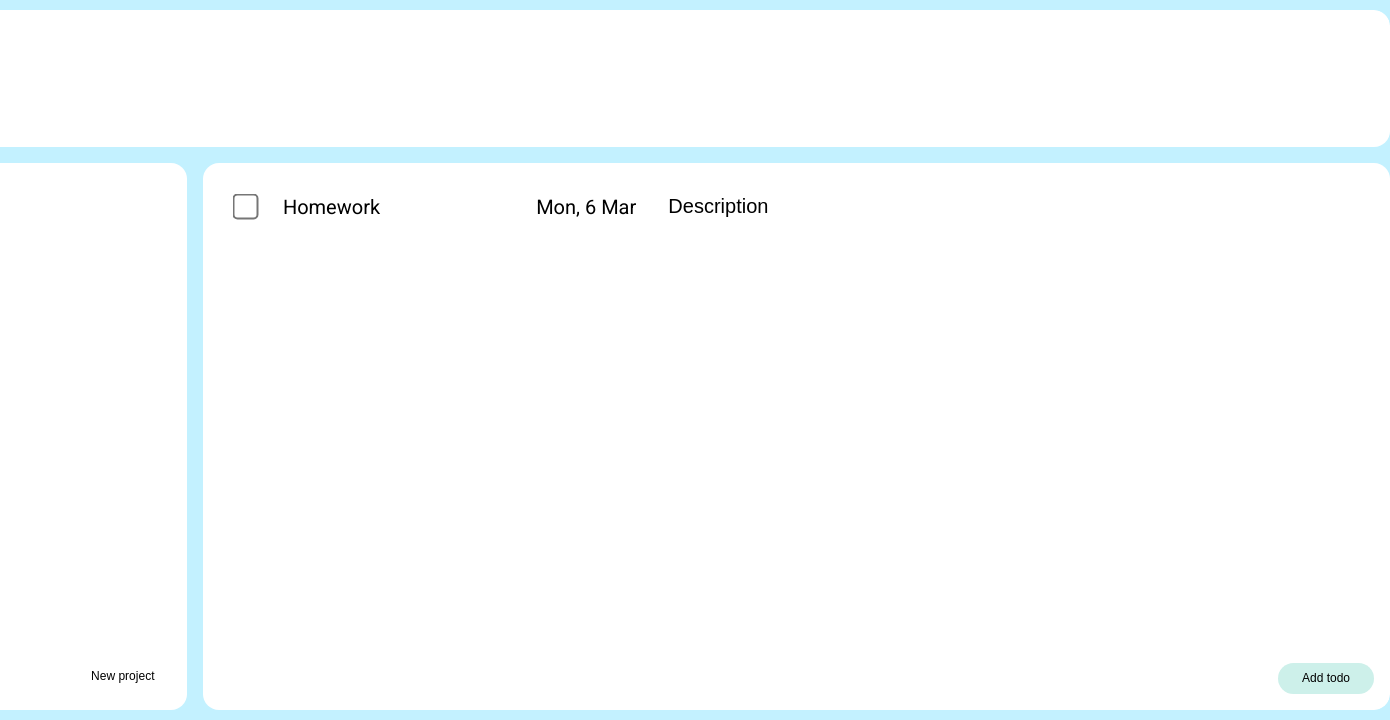
Repository: yeetzpxoci/todo-list
Page: dist/index.html
The author's editor kept a copy of each file at every save. The page is drawn from the files as they stood at one save, then again after the next save.
The browser window is 1280 px wide. The page is 1390 px wide, so the pictures cover 1390 px, including what lies to the right of the window. The pictures show the whole page.
Some web fonts or font styles are not loaded; a fallback is used.

Above is the page before, as saved 2023-03-07 17:30:17.
Console error: ReferenceError: projectNameSubmit is not defined

### dist/index.html
<!DOCTYPE html>
<html lang="en">
<head>
    <meta charset="UTF-8">
    <meta http-equiv="X-UA-Compatible" content="IE=edge">
    <meta name="viewport" content="width=device-width, initial-scale=1.0">
    <title>Todo List</title>
    <link rel="stylesheet" href="styles.css">
    <link rel="preconnect" href="https://fonts.googleapis.com">
    <link rel="preconnect" href="https://fonts.gstatic.com" crossorigin>
    <link href="https://fonts.googleapis.com/css2?family=Tilt+Warp&display=swap" rel="stylesheet">
    <link href="https://fonts.googleapis.com/css2?family=Roboto&family=Tilt+Warp&display=swap" rel="stylesheet">
</head>
<body>

<script src="main.js"></script>
</body>
</html>

### dist/styles.css
body, html {
    margin:0;
    padding: 0;
}

body {
    min-height: 100vh;
    display: flex;
    flex-direction: column;
    justify-content: center;
    align-items: center;
    font-family: 'Roboto';
    background-color: #c3f1ff;
}

p {
    margin: 0;
    padding: 0;
}

#content {
    width: 1500px;
    height: 700px;
    display: grid;
    grid-template-columns: 1fr 4fr;
    grid-template-rows: 1fr 4fr;
    background-color: #c3f1ff;
    z-index: 0;
    overflow: hidden;
    border-radius: 16px;
    gap: 16px;
}

#header {
    display: flex;
    justify-content: center;
    align-items: center;
    background-color: white;
    font-size: 64px;
    font-family: 'Tilt Warp', cursive;
    grid-column: 1 / 3;
    grid-row: 1 / 2;
    z-index: 1;
    border-radius: 16px;
}

#header p {
    margin: 24px;
    padding: 0;
    color: white;
}

#sidebar {
    display: flex;
    flex-direction: column;
    background-color: white;
    grid-column: 1 / 2;
    grid-row: 2 / 3;
    z-index: -1;
    padding-left: 24px;
    padding-top: 24px;
    border-radius: 16px;
}

#projects-div {
    display: flex;
    flex-direction: column;
    width: 100%;
}

#add-project {
    align-self: flex-end;
    border-radius: 16px;
    border-width: 0;
    height: 36px;
    width: 96px;
    font-size: 12px;
    margin-top: auto;
    margin-right: 16px;
    margin-bottom: 16px;
    background-color: white;
    cursor: pointer;
}

#add-todo {
    align-self: flex-end;
    border-radius: 16px;
    border-width: 0;
    height: 36px;
    width: 96px;
    font-size: 12px;
    margin-top: auto;
    margin-bottom: 16px;
    margin-right: 16px;
    background-color: #CDF0EA;
    cursor: pointer;
}

.project-name {
    font-size: 32px;
    font-weight: bold;
    cursor: pointer;
}

#todos-wrapper {
    display: flex;
    flex-direction: column;
    gap: 16px;
    background-color: white;
    border-radius: 16px;
}

#todos {
    height: 100%;
    display: grid;
    grid-template-columns: 1fr 1fr;
    grid-auto-rows: 20%;
    column-gap: 16px;
    padding-left: 16px;
    padding-right: 16px;
    margin-top: 16px;
    overflow: scroll;
}

.todo, .todo-high, .todo-medium, .todo-low {
    display: flex;
    justify-content: space-between;
    align-items: center;
    height: 60%;
    border-radius: 16px;
    padding-left: 16px;
    padding-right: 16px;
    font-size: 20px;
}

.todo-high {
    background-color: #FFCBCB;
}

.todo-medium {
    background-color: #FFFDDE;
}

.todo-low {
    background-color: #E7FBBE;
}

.due {
    padding-left: 128px;
}

.checkbox {
    transform: scale(2);
}

.description {
    background-color: #caf1ff;
    border-radius: 16px;
    border-width: 0px;
    font-size: 20px;
    padding: 4px;
    cursor: pointer;
    background-color: transparent;
}

#description-div {
    display: none;
    flex-direction: column;
    flex-wrap: wrap;
    background-color: #F9F9F9;
    width: 25%;
    height: 40%;
    border-radius: 16px;
    padding: 16px;
    position: absolute;
    margin-left: auto;
    margin-right: auto;
    left: 0;
    right: 0;
    z-index: 2;
    box-shadow: 0 0 0 1600px rgba(0, 0, 0, 0.65);
}

#description-text {
    justify-content: baseline;
}

#close-button {
    margin-top: -8px;
    margin-right: -8px;
    font-weight: bold;
    width: 24px;
    height: 24px;
    align-self: flex-end;
    background-color: transparent;
    border: transparent;
    cursor: pointer;
}

#new-project-form {
    display: none;
    flex-direction: column;
    align-items: center;
    gap: 8px;
    flex-wrap: wrap;
    background-color: #F9F9F9;
    width: 20%;
    height: 10%;
    border-radius: 16px;
    padding: 16px;
    position: absolute;
    margin-left: auto;
    margin-right: auto;
    left: 0;
    right: 0;
    top: 256px;
    z-index: 2;
    box-shadow: 0 0 0 1600px rgba(0, 0, 0, 0.65);
}

#new-todo-form {
    display: none;
    flex-direction: column;
    align-items: center;
    gap: 8px;
    flex-wrap: wrap;
    background-color: #F9F9F9;
    width: 20%;
    height: 20%;
    border-radius: 16px;
    padding: 16px;
    position: absolute;
    margin-left: auto;
    margin-right: auto;
    left: 0;
    right: 0;
    top: 256px;
    z-index: 2;
    box-shadow: 0 0 0 1600px rgba(0, 0, 0, 0.65);
}

### dist/main.js
(()=>{"use strict";let e=[];function t(e){return{name:e,todos:[]}}let n=t("Default");function o(){for(let e=0;e<projects.length;e++){const t=document.createElement("p");t.className="project-name",t.innerHTML=projects[e].name,sidebarDiv.append(t)}}function c(){sidebarDiv.innerHTML=""}n.todos.push({title:"Homework",description:"Networks and Security bTCP Homework",dueDate:"Mon, 6 Mar",priority:"High"}),e.push(n),function(e){const t=document.createElement("div");t.id="content";const n=document.createElement("div");n.id="header";const d=document.createElement("p");d.innerHTML="Todo",n.append(d);const i=document.createElement("div");i.id="sidebar";const a=document.createElement("button");a.id="add-project",a.innerHTML="New project",a.addEventListener("click",(function(){document.getElementById("new-project-form").style.display="flex"})),i.append(a);const s=document.createElement("div");s.id="todos-wrapper";const r=document.createElement("div");r.id="todos";const m=document.createElement("button");m.id="add-todo",m.innerHTML="Add todo",s.append(r,m);const l=document.createElement("button");l.id="close-button",l.innerHTML="X",l.addEventListener("click",(function(){this.parentElement.style.display="none"}));for(let t=0;t<e[0].todos.length;t++){const n=document.createElement("div");n.className="todo";const o=document.createElement("input");o.className="checkbox",o.type="checkbox";const c=document.createElement("p");c.innerHTML=e[0].todos[t].title,c.className="todo-name";const d=document.createElement("p");d.innerHTML=e[0].todos[t].dueDate,d.className="due";const i=document.createElement("p");i.id="description-text",i.innerHTML=e[0].todos[t].description;const a=l.cloneNode(!0);a.addEventListener("click",(function(){this.parentElement.style.display="none"}));const s=document.createElement("div");s.id="description-div",s.append(a,i);const m=document.createElement("button");m.innerHTML="Description",m.className="description",m.addEventListener("click",(function(){this.previousElementSibling.style.display="flex"})),n.append(o,c,d,s,m),r.append(n)}const p=document.createElement("form");p.id="new-project-form",p.onsubmit=function(e){e.preventDefault()};const u=document.createElement("input");u.id="project-name-input",u.type="text",u.placeholder="Project name";const E=document.createElement("input");E.type="submit",E.value="Add project",E.addEventListener("click",(function(){c(),o(),this.parentElement.style.display="none"})),p.append(l,u,E),t.append(n,i,s,p),document.body.appendChild(t)}(e),projectNameSubmit.addEventListener("click",(function(){!function(n){let o=t(document.getElementById("project-name-input").value);e.push(o)}(),sidebarDiv.innerHTML="",function(){for(let t=0;t<e.length;t++){const n=document.createElement("p");n.className="project-name",n.innerHTML=e[t].name,sidebarDiv.append(n)}}(),this.parentElement.style.display="none"}))})();

After the next save:
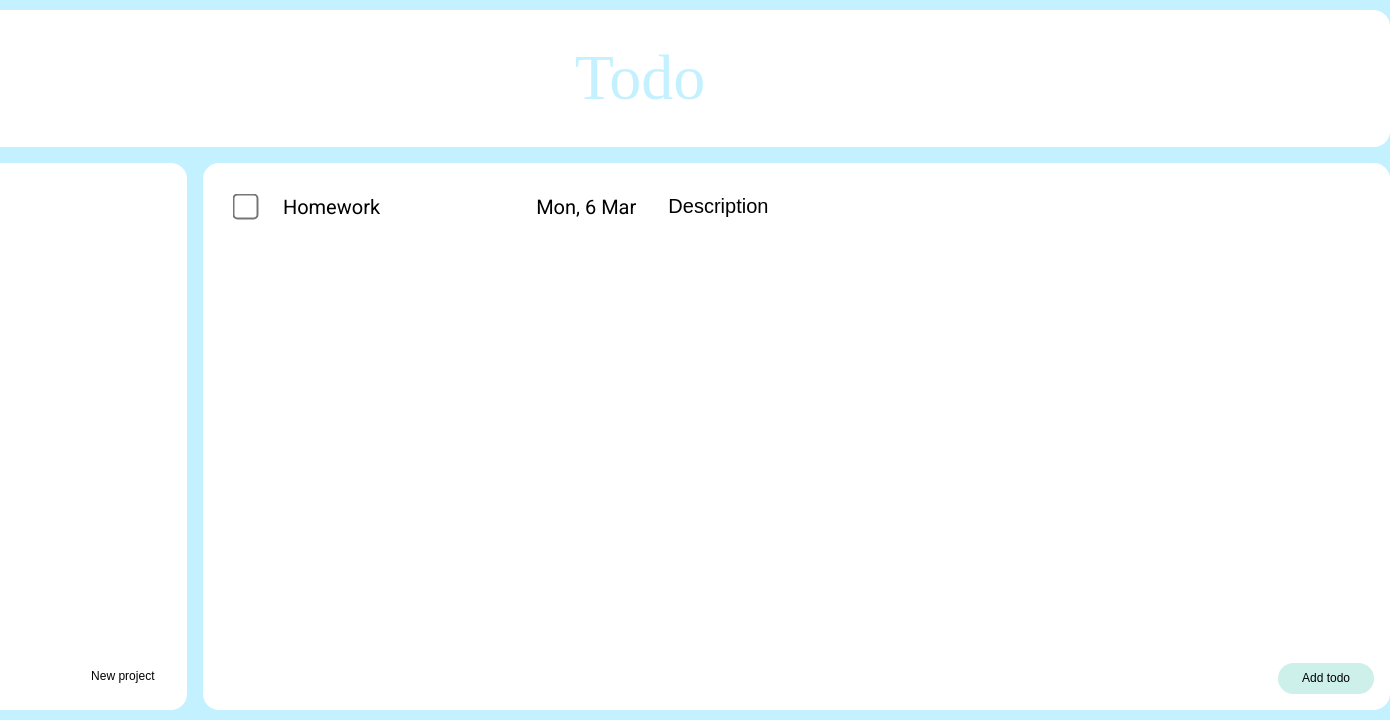
Saved 8 s later.
--- a/dist/styles.css
+++ b/dist/styles.css
@@ -47,7 +47,7 @@ p {
 #header p {
     margin: 24px;
     padding: 0;
-    color: white;
+    color: #c3f1ff;
 }
 
 #sidebar {
